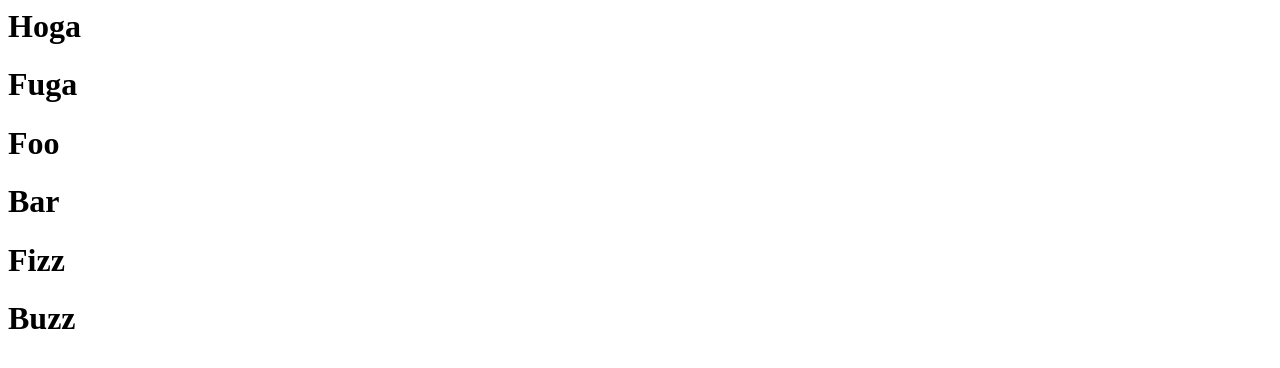
Repository: nya5/samurai_HTML-CSS
Page: 練習.html
The author's editor kept a record of every edit. The page is drawn from the files as they stood at one moment, then again after the next edit.
The browser window is 1280 px wide. The pictures show the whole page.

Above is the page before.

### 練習.html
<html lang="ja">
 <head>
    <style>
　  　   <head>
        <style>
            #grid {
                display: grid;
                grid-template-columns: 100px 100px;
                grid-template-rows: 100px 100px 100px;
            }
        </style>

 <body>
     <div id="grid">
        <h1>Hoga</h1>
        <h1>Fuga</h1>
        <h1>Foo</h1>
        <h1>Bar</h1>
        <h1>Fizz</h1>
        <h1>Buzz</h1>
     </div>
 </body>
</html>

After the next edit:
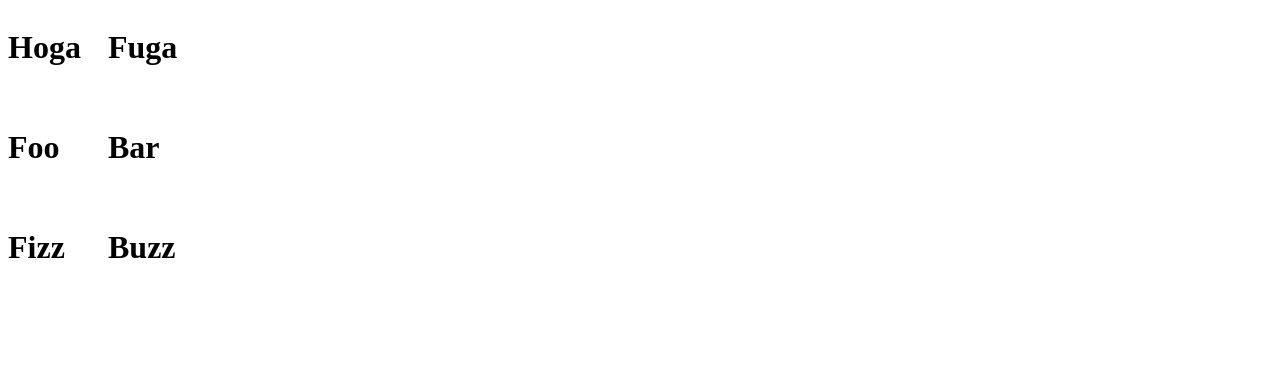
The edit:
--- a/練習.html
+++ b/練習.html
@@ -1,8 +1,6 @@
 <html lang="ja">
  <head>
     <style>
-　  　   <head>
-        <style>
             #grid {
                 display: grid;
                 grid-template-columns: 100px 100px;
